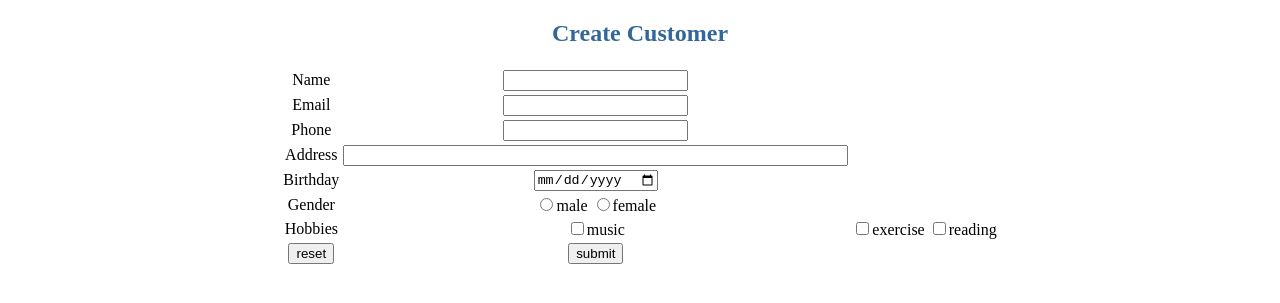
Repository: zoooolander/systex_prac_javaee
Page: http://localhost/myWeb/customer/createCustomer.jsp
An editor plug-in stored every save of this project. The page is shown before and after the next save, followed by the edit.
The browser window is 1280 px wide. The pictures show the whole page.
The page is served by Tomcat 10.

Above is the page before, as saved 2024-09-19 02:48:40.

After the next save:
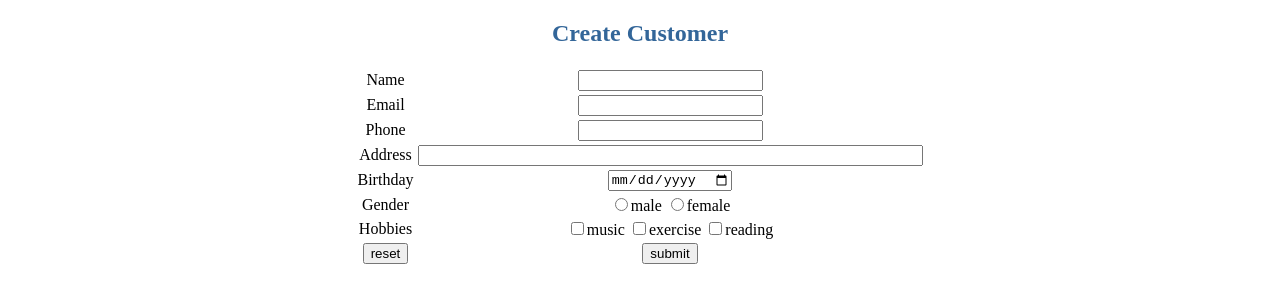
Saved 25 s later.
--- a/myWeb/src/main/webapp/customer/createCustomer.jsp
+++ b/myWeb/src/main/webapp/customer/createCustomer.jsp
@@ -41,11 +41,10 @@
 				<tr>
 					<td>Hobbies</td>
 					<td><input type="checkbox" id=music name="habit" value="music" /><label
-						for="music">music</label></td>
-					<td><input type="checkbox" id=exercise name="habit"
-						value="exercise" /><label for="exercise">exercise</label></td>
-					<td><input type="checkbox" id=reading name="habit"
-						value="reading" /><label for="reading">reading</label></td>
+						for="music">music</label> <input type="checkbox" id=exercise
+						name="habit" value="exercise" /><label for="exercise">exercise</label>
+						<input type="checkbox" id=reading name="habit" value="reading" /><label
+						for="reading">reading</label></td>
 				</tr>
 				<tr>
 					<td><input type="reset" value="reset" /></td>
